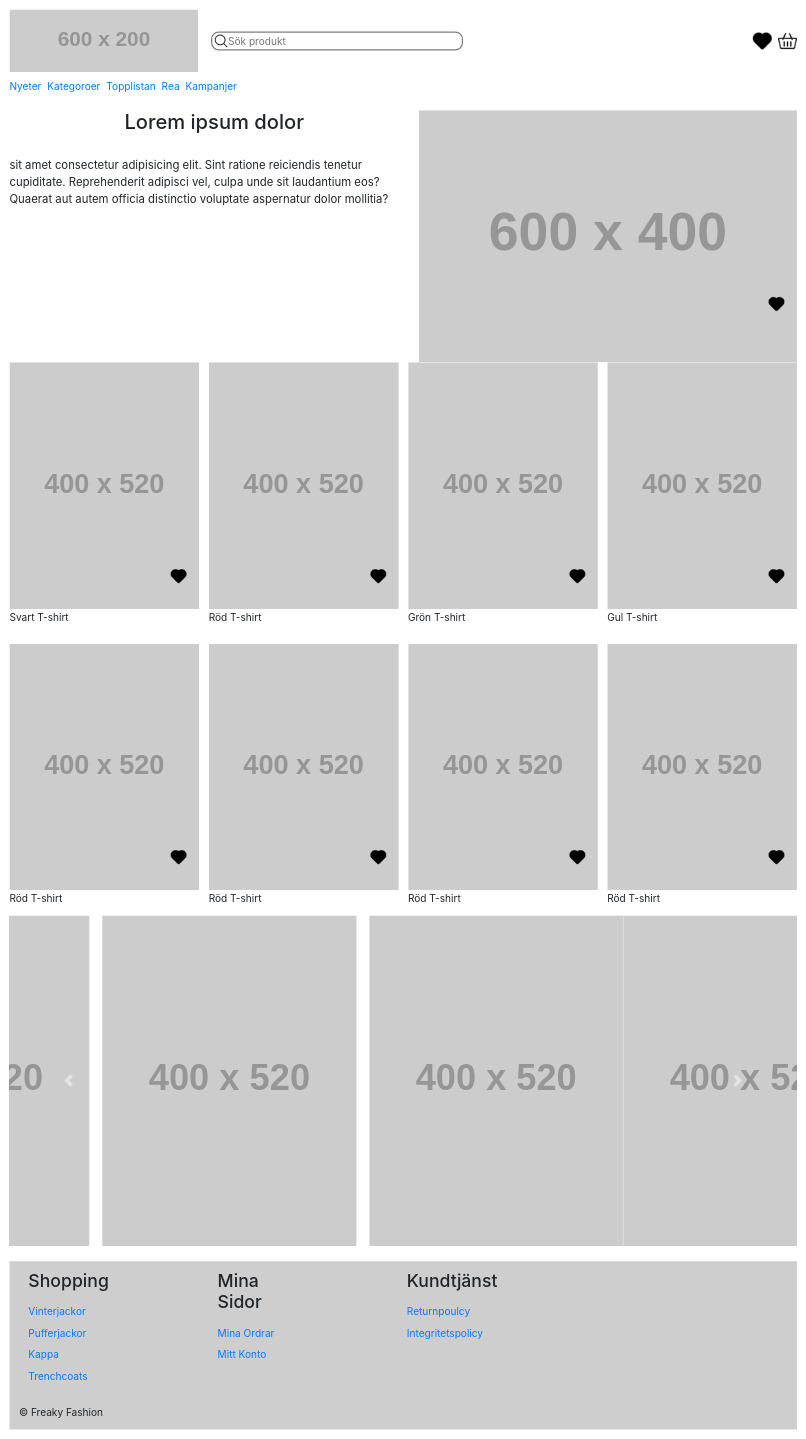
Repository: Kalle1995/project
Page: index.html
These files come from the project's save history. The page is drawn as it stood at one moment and after the next save; the edit follows.
The browser window is 1280 px wide. The pictures show the whole page, at 63% of full size.

Above is the page before, as saved 2024-10-06 20:01:41.

After the next save:
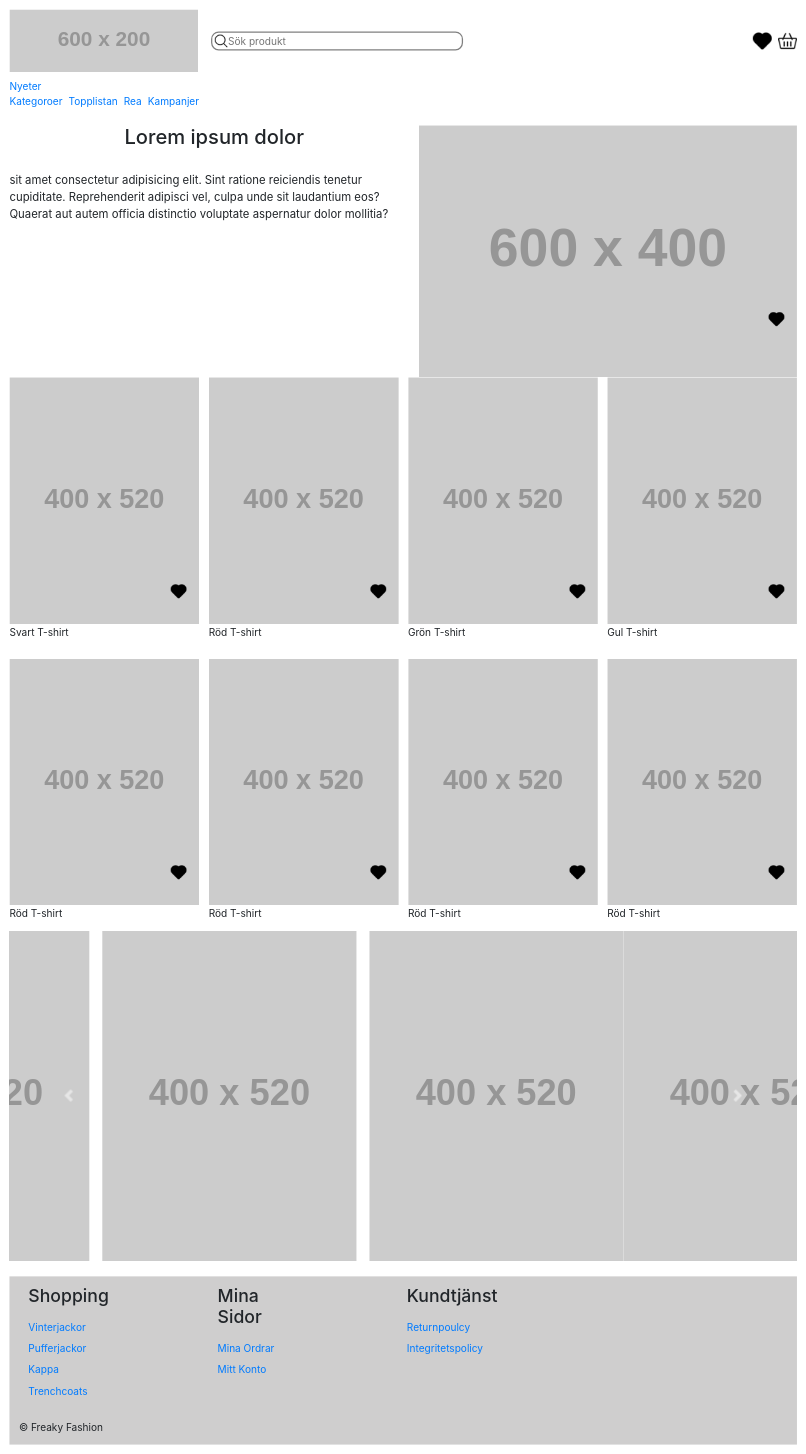
Saved 13 s later.
--- a/index.html
+++ b/index.html
@@ -35,7 +35,7 @@
       <div>
         <nav class="NavList">
           <ul>
-            <li class="nav-list-item"><a href="#">Nyeter</a></li>
+            <li class=" flex-row nav-list-item"><a href="#">Nyeter</a></li>
             <li class="nav-list-item hide-on-mobile ejnav"><a href="#">Kategoroer</a></li>
             <li class="nav-list-item"><a href="#">Topplistan</a></li>
             <li class="nav-list-item"><a href="#">Rea</a></li>

After the 2 saves that followed:
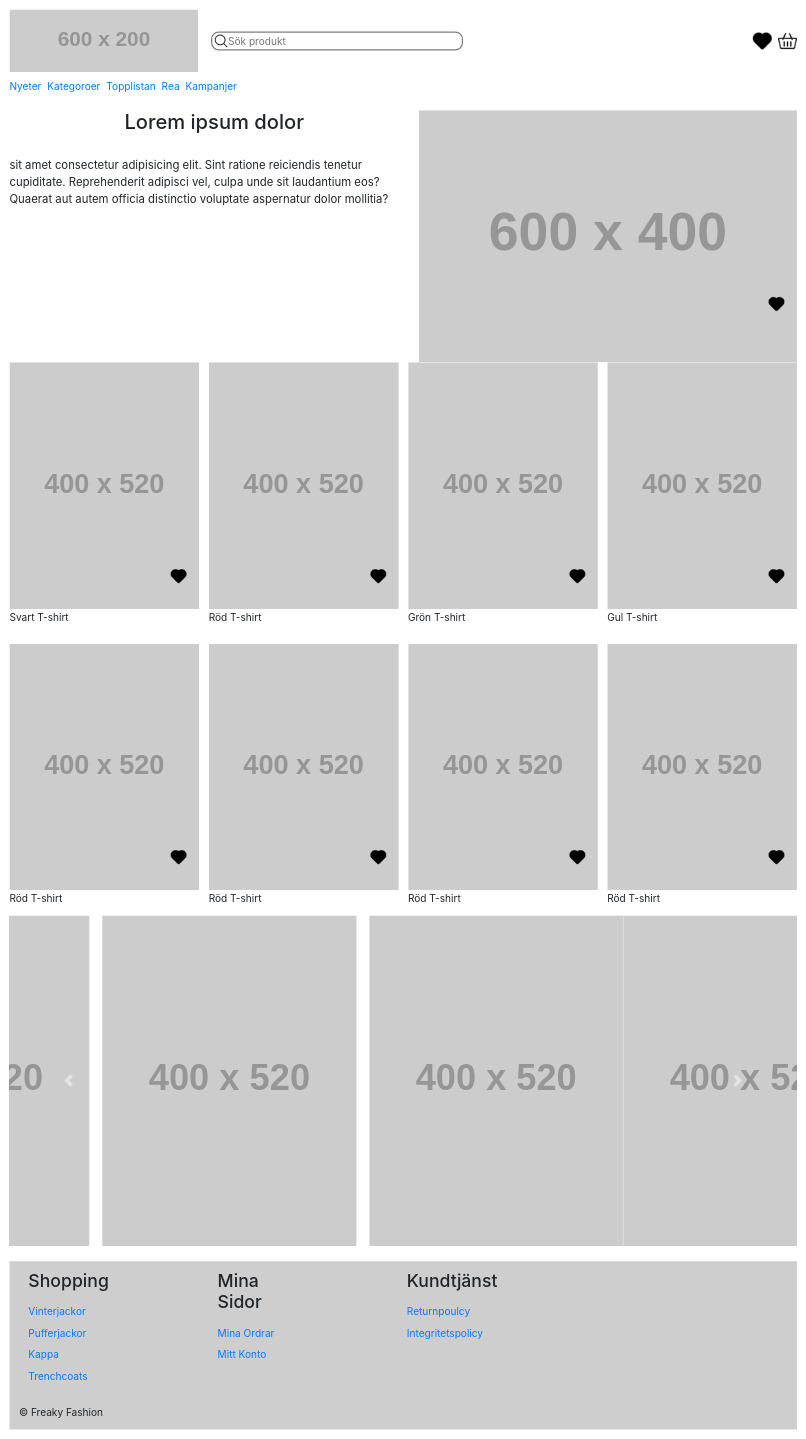
The 2 saves are shown as one change because 1 left the picture as it was.
The last was saved 51 s later.
--- a/main.css
+++ b/main.css
@@ -238,10 +238,6 @@ body {
 här för Nyproduckt sidan
 */
 
-.flex-row {
-    display: flex;
-    flex-direction: row;
-}
 
 .slide {
     display: flex;
